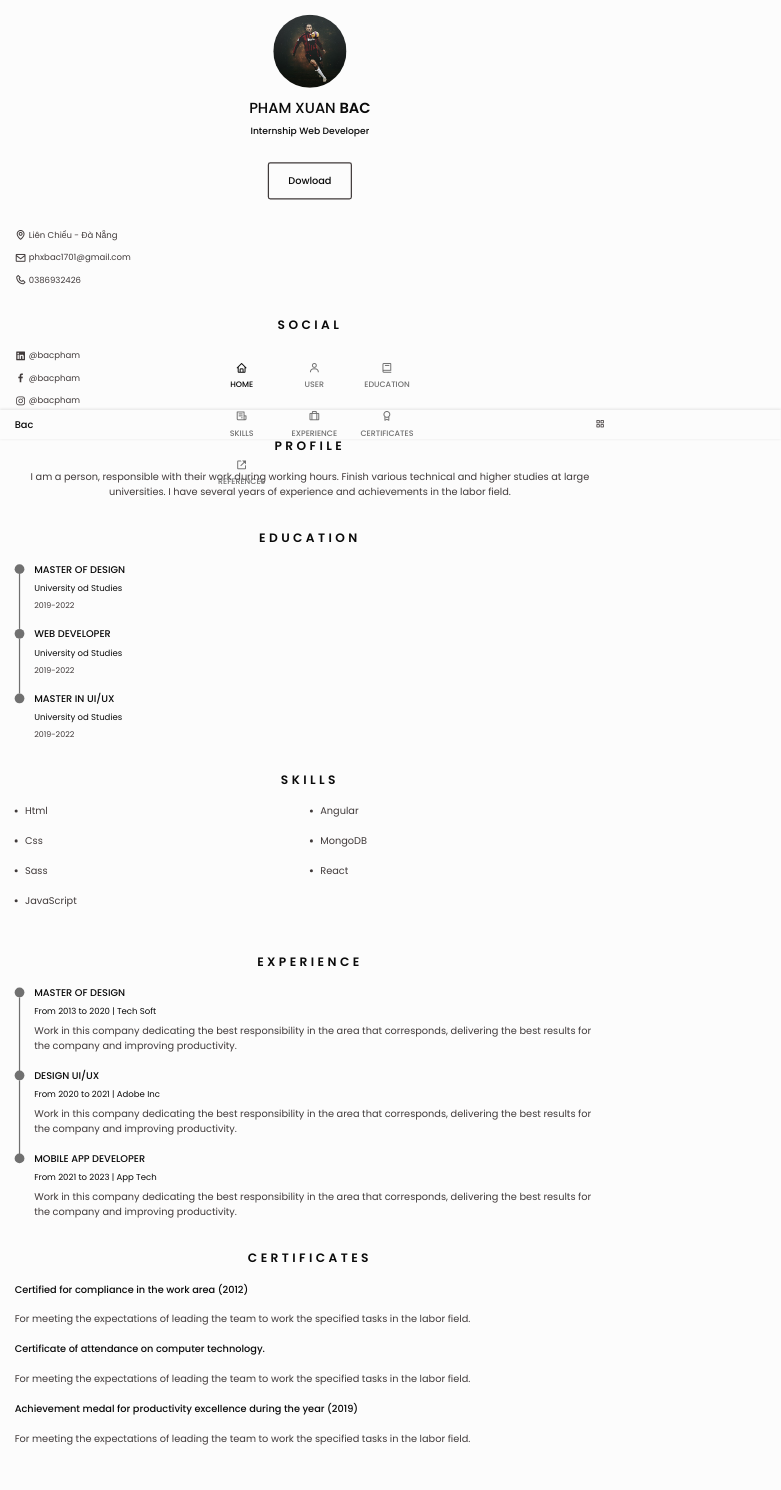
Repository: northpx/myCV
Page: index.html
The author's editor kept a copy of each file at every save. The page is drawn from the files as they stood at one save, then again after the next save.
The browser window is 1280 px wide. The pictures show the whole page, at 61% of full size.

Above is the page before, as saved 2023-02-23 12:53:27.

### index.html
<!DOCTYPE html>
<html lang="en">
<head>
    <meta charset="UTF-8">
    <meta http-equiv="X-UA-Compatible" content="IE=edge">
    <meta name="viewport" content="width=device-width, initial-scale=1.0">
    <link rel="stylesheet" href="./src/css/styles.css">
    <link rel="stylesheet" href="https://cdn.jsdelivr.net/npm/boxicons@latest/css/boxicons.min.css">
    <title>Pham Xuan Bac</title>
</head>
<body>
    <header class="l-header" id="header">
        <nav class="nav bd-container">
            <a href="#" class="nav__logo">Bac</a>
            <div class="nav__menu" id="nav-menu">
                <ul class="nav__list">
                    <li class="nav__item">
                        <a href="#home" class="nav__link active-link">
                            <i class='bx bx-home nav__icon' ></i>HOME
                        </a>
                    </li>
                    <li class="nav__item">
                        <a href="#profile" class="nav__link">
                            <i class='bx bx-user nav__icon' ></i>USER
                        </a>
                    </li>
                    <li class="nav__item">
                        <a href="#education" class="nav__link">
                            <i class='bx bx-book nav__icon' ></i>EDUCATION
                        </a>
                    </li>
                    <li class="nav__item">
                        <a href="#skills" class="nav__link">
                            <i class='bx bx-receipt nav__icon' ></i>SKILLS
                        </a>
                    </li>
                    <li class="nav__item">
                        <a href="#experience" class="nav__link">
                            <i class='bx bx-briefcase-alt nav__icon' ></i>EXPERIENCE
                        </a>
                    </li>
                    <li class="nav__item">
                        <a href="#certificates" class="nav__link">
                            <i class='bx bx-award nav__icon' ></i>CERTIFICATES
                        </a>
                    </li>

                    <li class="nav__item">
                        <a href="#references" class="nav__link">
                            <i class='bx bx-link-external nav__icon' ></i>REFERENCES
                        </a>
                    </li>
                </ul>
            </div>

            <div class="nav__toogle" id="nav-toggle">
                <i class="bx bx-grid-alt"></i>
            </div>
        </nav>
    </header>
    <main class="l-main bd-container">
        <div class="resume">
            <div class="resume__left">
                <section class="home" id="home">
                    <div class="home__container section bd-grid">
                        <div class="home__data bd-grid">
                            <img src="./src/img/z3668101589347_355da8c054c5f58beb49364ce3f9e5b5.jpg" alt="" class="home__img">
                            <h1 class="home__title">PHAM XUAN <b>BAC</b></h1>
                            <h3 class="home__profession">Internship Web Developer</h3>
                            <div>
                                <a download="" href="./src/pdf/resumecv.pdf" class="home__button-movil">Dowload</a>
                            </div>
                        </div>
                        <div class="home__address bd-grid">
                            <span class="home__information">
                                <i class="bx bx-map home__icon"></i> Liên Chiểu - Đà Nẵng
                            </span>
                            <span class="home__information">
                                <i class="bx bx-envelope home__icon"></i> phxbac1701@gmail.com
                            </span>
                            <span class="home__information">
                                <i class="bx bx-phone home__icon"></i> 0386932426
                            </span>
                        </div>
                    </div>
                </section>

                <section class="social section">
                    <h2 class="section-title">SOCIAL</h2>
                    <div class="social__container bd-grid">
                        <a href="https://www.linkedin.com/" target="_blank" class="social_link">
                            <i class="bx bxl-linkedin-square social__icon"></i> @bacpham
                        </a>
                        <a href="https://www.facebook.com/north.px.13/" target="_blank" class="social_link">
                            <i class="bx bxl-facebook social__icon"></i> @bacpham
                        </a>
                        <a href="https://www.instagram.com/_north.px_/" target="_blank" class="social_link">
                            <i class="bx bxl-instagram social__icon"></i> @bacpham
                        </a>
                    </div>
                </section>

                <section class="profile section" id="profile">
                    <h2 class="section-title">Profile</h2>
                    <p class="profile__description">
                        I am a person, responsible with their work during working hours. Finish various technical and higher studies at large universities. I have several years of experience and achievements in the labor field.
                    </p>
                </section>

                <section class="education section" id="education">
                    <h2 class="section-title">Education</h2>
                    <div class="education__container bd-grid">
                        <div class="education__content">
                            <div class="education__time">
                                <span class="education__rounder"></span>
                                <span class="education__line"></span>
                            </div>
                            <div class="education__data bd-grid">
                                <h3 class="education__title">MASTER OF DESIGN</h3>
                                <span class="education__studies">University od Studies</span>
                                <span class="education__year">2019-2022</span>
                            </div>
                        </div>

                        <div class="education__content">
                            <div class="education__time">
                                <span class="education__rounder"></span>
                                <span class="education__line"></span>
                            </div>
                            <div class="education__data bd-grid">
                                <h3 class="education__title">WEB DEVELOPER</h3>
                                <span class="education__studies">University od Studies</span>
                                <span class="education__year">2019-2022</span>
                            </div>
                        </div>

                        <div class="education__content">
                            <div class="education__time">
                                <span class="education__rounder"></span>
                                <!-- <span class="education__line"></span> -->
                            </div>
                            <div class="education__data bd-grid">
                                <h3 class="education__title">MASTER IN UI/UX</h3>
                                <span class="education__studies">University od Studies</span>
                                <span class="education__year">2019-2022</span>
                            </div>
                        </div>
                    </div>
                </section>

                <section class="skills section" id="skills">
                    <h2 class="section-title">Skills</h2>
                    <div class="skills__content bd-grid">
                        <ul class="skills__data">
                            <li class="skills__name">
                                <span class="skills__circle"></span> Html
                            </li>
                            <li class="skills__name">
                                <span class="skills__circle"></span> Css
                            </li>
                            <li class="skills__name">
                                <span class="skills__circle"></span> Sass
                            </li>
                            <li class="skills__name">
                                <span class="skills__circle"></span> JavaScript
                            </li>
                        </ul>

                        <ul class="skills__data">
                            <li class="skills__name">
                                <span class="skills__circle"></span> Angular
                            </li>
                            <li class="skills__name">
                                <span class="skills__circle"></span> MongoDB
                            </li>
                            <li class="skills__name">
                                <span class="skills__circle"></span> React
                            </li>
                        </ul>
                    </div>
                </section>
            </div>

            <div class="resume__right">
                <section class="experience section" id="experience">
                    <h2 class="section-title">Experience</h2>
                    <div class="experience__container bd-grid">
                        <div class="experience__content">
                            <div class="experience__time">
                                <span class="experience__rounder"></span>
                                <span class="experience__line"></span>
                            </div>
                            <div class="experience__data bd-grid">
                                <h3 class="experience__title">MASTER OF DESIGN</h3>
                                <span class="experience__company">From 2013 to 2020 | Tech Soft</span>
                                <p class="experience__description">Work in this company dedicating the best responsibility in the area that corresponds, delivering the best results for the company and improving productivity.</p>
                            </div>
                        </div>
                        <div class="experience__content">
                            <div class="experience__time">
                                <span class="experience__rounder"></span>
                                <span class="experience__line"></span>
                            </div>
                            <div class="experience__data bd-grid">
                                <h3 class="experience__title">DESIGN UI/UX</h3>
                                <span class="experience__company">From 2020 to 2021 | Adobe Inc</span>
                                <p class="experience__description">Work in this company dedicating the best responsibility in the area that corresponds, delivering the best results for the company and improving productivity.</p>
                            </div>
                        </div>
                        <div class="experience__content">
                            <div class="experience__time">
                                <span class="experience__rounder"></span>
                            </div>
                            <div class="experience__data bd-grid">
                                <h3 class="experience__title">MOBILE APP DEVELOPER</h3>
                                <span class="experience__company">From 2021 to 2023 | App Tech</span>
                                <p class="experience__description">Work in this company dedicating the best responsibility in the area that corresponds, delivering the best results for the company and improving productivity.</p>
                            </div>
                        </div>
                    </div>
                </section>

                <section class="certificate section" id="certificate">
                    <h2 class="section-title">Certificates</h2>
                    <div class="certificate__container bd-grid">
                        <div class="certificate__content">
                            <h3 class="certificate__title">Certified for compliance in the work area (2012)</h3>
                            <p class="certificate__description">For meeting the expectations of leading the team to work the specified tasks in the labor field.</p>
                        </div>

                        <div class="certificate__content">
                            <h3 class="certificate__title">Certificate of attendance on computer technology.</h3>
                            <p class="certificate__description">For meeting the expectations of leading the team to work the specified tasks in the labor field.</p>
                        </div>

                        <div class="certificate__content">
                            <h3 class="certificate__title">Achievement medal for productivity excellence during the year (2019)</h3>
                            <p class="certificate__description">For meeting the expectations of leading the team to work the specified tasks in the labor field.</p>
                        </div>
                    </div>
                </section>
            </div>
        </div>
    </main>
    <script src=""></script>
    <script src="./src/js/scripts.js"></script>
</body>
</html>

### src/css/styles.css
@import url('https://fonts.googleapis.com/css2?family=Poppins:ital,wght@0,400;0,500;0,600;1,400;1,500;1,600&family=Roboto:ital,wght@0,100;0,300;0,400;0,500;0,700;0,900;1,100;1,300;1,400;1,500;1,700;1,900&display=swap');

:root{
    --header-height:3rem;
    --title-color:#0a0a0a;
    --text-color:#403a3a;
    --text-color-light:#707070;
    --container-color:#fafafa;
    --container-color-alt:#f0efef;
    --body-color:#fcfcfc;

    --body-font:'Poppins', sans-serif;
    --h1-font-size:1.5rem;
    --h2-font-size:1.25rem;
    --h3-font-size:1rem;
    --normal-font-size:.938rem;
    --small-font-size:.875rem;
    --smaller-font-size:.813rem;

    --font-medium:500;
    --font-semi-bold:600;

    --mb-1:.5rem;
    --mb-2:1rem;
    --mb-3:1.5rem;

    --z-tooltip:10;
    --z-fixed:100;
}

*, ::before, ::after{
    box-sizing: border-boxz;
}

html{
    scroll-behavior: smooth;
}

body{
    margin: 0 0 var(--header-height) 0;
    padding: 0;
    font-family: var(--body-font);
    background-color: var(--body-color);
    color: var(--text-color);
}

h1,h2,h3,ul,p{
    margin: 0;
}

h1,h2,h3{
    color: var(--title-color);
    font-weight: var(--font-medium);
}
ul{
    padding: 0;
    list-style: none;
}

a{
    text-decoration: none;
}
img{
    max-width: 100%;
    height: auto;
}

.section{
    padding: 1.5rem 0;
}

.section-title{
    font-size: var(--h2-font-size);
    color: var(--title-color);
    font-weight: var(--font-semi-bold);
    text-transform: uppercase;
    letter-spacing: .35rem;
    text-align: center;
    margin-bottom: var(--mb-3);
}

.bd-container{
    max-width: 968px;
    width: calc(100% - 3rem);
    margin-left: var(--mb-3);
    margin-right: var(--mb-3);
}

.bd-grid{
    display: grid;
    gap: 1.5rem;
}

.l-header{
    width: 100%;
    position: fixed;
    bottom: 0;
    left: 0;
    z-index: var(--z-fixed);
    background-color: var(--body-color);
    box-shadow: 0 -1px 4px rgba(0, 0, 0, .1);
    transition: .3s;
}

.nav{
    height: var(--header-height);
    display: flex;
    justify-content: space-between;
    align-items: center;
}

@media screen and (max-width: 968px){
    .nav__menu{
        position: fixed;
        bottom: -100%;
        left: 0;
        width: 100%;
        padding: 2rem 0;
        background-color: var(--body-color);
        box-shadow: 0 1px 4px rgba(0, 0, 0, .1);
        border-radius: 1rem 1rem 0 0;
        z-index: var(--z-fixed);
        transition: .3s;
    }
}

.nav__logo,
.nav__toggle{
    color: var(--title-color);
    font-weight: var(--font-medium);
}

.nav__toggle{
    font-size: 1.2rem;
    cursor: pointer;
}

.nav__item{
    text-align: center;
}

.nav__list{
    display: grid;
    grid-template-columns: repeat(3, 1fr);
    gap: 2rem;
}

.nav__link{
    display: flex;
    flex-direction: column;
    font-size: var(--smaller-font-size);
    color: var(--text-color-light);
    font-weight: var(--font-medium);
}

.nav__link:hover{
    color: var(--title-color);
}

.nav__icon{
    font-size: 1.2rem;
    margin-bottom: var(--mb-1);
}

.show-menu{
    bottom: var(--header-height);
}

.active-link{
    color: var(--title-color);
}

.home{
    position: relative;

}

.home__container{
    gap: 3rem;
}

.home__data{
    gap: .5rem;
    text-align: center;
}

.home__img{
    width: 120px;
    height: 120px;
    border-radius: 50%;
    justify-self: center;
    margin-bottom: var(--mb-1);
}

.home__title{
    font-size: var(--h1-font-size);
}

.home__profession{
    font-size: var(--normal-font-size);
    margin-bottom: var(--mb-1);
}

.home__address{
    gap: 1rem;
}

.home__information{
    display: flex;
    align-items: center;
    font-size: var(--small-font-size);
}
.home__icon{
    font-size: 1.2rem;
    margin-right: .25rem;
}
.home__button-movil{
    display: inline-block;
    border: 2px solid var(--text-color);
    color: var(--title-color);
    padding: 1rem 2rem;
    border-radius: .25rem;
    transition: .3s;
    font-weight: var(--font-medium);
    margin-top: var(--mb-3);
}

.home__button-movil:hover{
    background-color: var(--text-color);
    color: var(--container-color);
}

.social__container{
    grid-template-columns: max-content;
    gap: 1rem;
}

.social_link{
    display: inline-flex;
    align-items: center;
    font-size: var(--small-font-size);
    color: var(--text-color);
}
.social_link:hover{
    color:  var(--title-color);
}
.social__icon{
    font-size: 1.2rem;
    margin-right: .25rem;
}

.profile__description{
    text-align: center;
}

.education__content,
.experience__content{
    display: flex;
}

.education__time,
.experience__time{
    padding-right: 1rem;
}

.education__rounder,
.experience__rounder{
    position: relative;
    display: block;
    width: 16px;
    height: 16px;
    background-color: var(--text-color-light);
    border-radius: 50%;
    margin-top: .25rem;
}

.education__line,
.experience__line{
    display: block;
    width: 2px;
    height: 110%;
    background-color: var(--text-color-light);
    transform: translate(7px, 0);
}

.education__data,
.experience__data{
    gap: .5rem;
}

.education__title,
.experience__title{
    font-size: var(--h3-font-size);
}
.education__studies,
.experience__company{
    font-size: var(--small-font-size);
    color: var(--title-color);
}
.education__year{
    font-size: var(--smaller-font-size);
}

.skills__content{
    grid-template-columns: repeat(2, 1fr);
    gap: 0;
}
.skills__name{
    display: flex;
    align-items: center;
    margin-bottom: var(--mb-3);
}
.skills__circle{
    display: inline-block;
    width: 5px;
    height: 5px;
    border-radius: 50%;
    background-color: var(--text-color);
    margin-right: .75rem;
}

.certificate__title{
    font-size: var(--h3-font-size);
    margin-bottom: var(--mb-3);
}

### src/js/scripts.js
const showMenu = (toggleId, navId) =>{
    const toggle = document.getElementById(toggleId),
    nav = document.getElementById(navId)

    // Validate that variables exist
    if(toggle && nav){
        toggle.addEventListener('click', ()=>{
            // We add the show-menu class to the div tag with the nav__menu class
            nav.classList.toggle('show-menu')
        })
    }
}
showMenu('nav-toggle','nav-menu')

const navLink = document.querySelectorAll('.nav__link')

function linkAction(){
    const navMenu = document.getElementById('nav-menu')
    // When we click on each nav__link, we remove the show-menu class
    navMenu.classList.remove('show-menu')
}
navLink.forEach(n => n.addEventListener('click', linkAction))

const sections = document.querySelectorAll('section[id]')

function scrollActive(){
    const scrollY = window.pageYOffset

    sections.forEach(current =>{
        const sectionHeight = current.offsetHeight
        const sectionTop = current.offsetTop - 50;
        sectionId = current.getAttribute('id')

        if(scrollY > sectionTop && scrollY <= sectionTop + sectionHeight){
            document.querySelector('.nav__menu a[href*=' + sectionId + ']').classList.add('active-link')
        }else{
            document.querySelector('.nav__menu a[href*=' + sectionId + ']').classList.remove('active-link')
        }
    })
}
window.addEventListener('scroll', scrollActive)

After the next save:
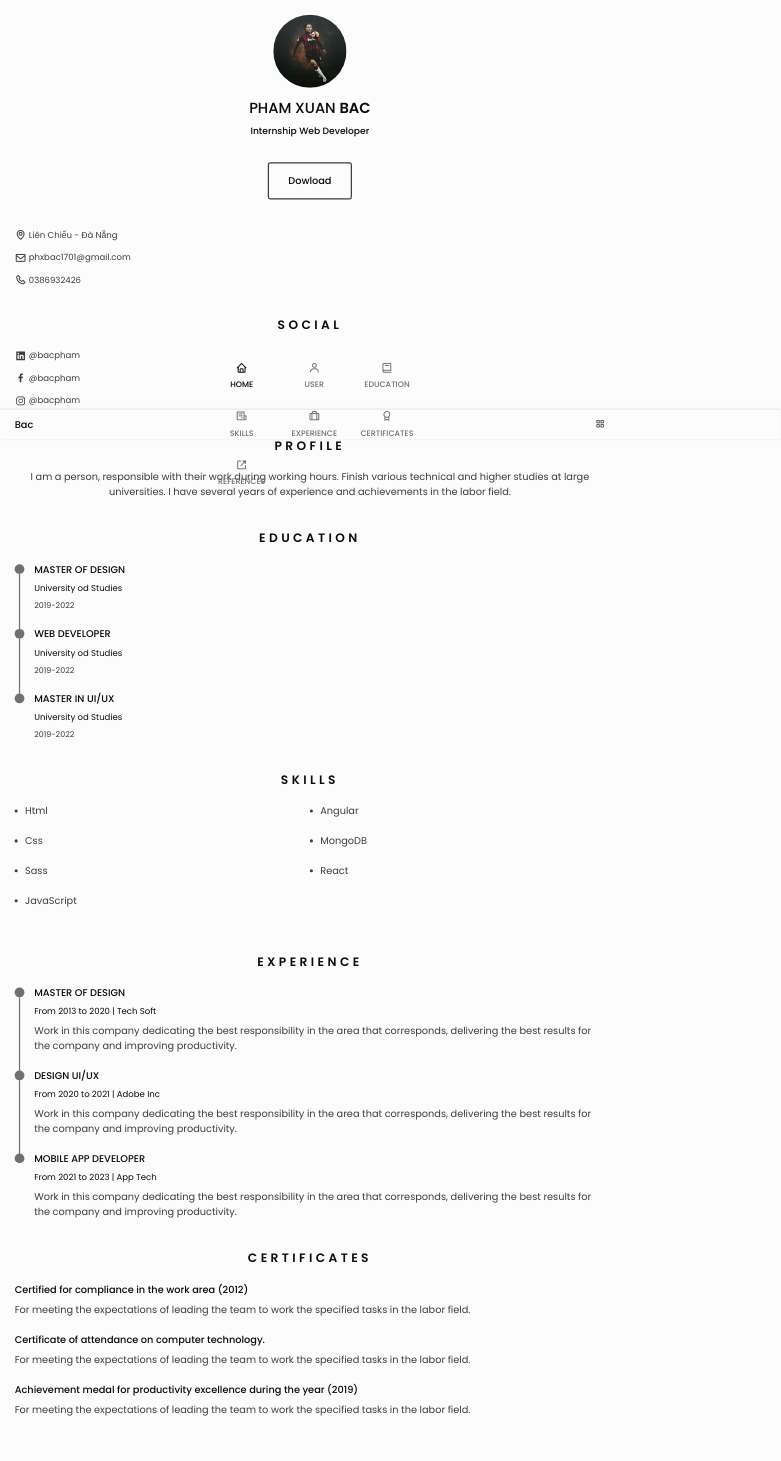
Saved 14 s later.
--- a/src/css/styles.css
+++ b/src/css/styles.css
@@ -321,5 +321,5 @@ img{
 
 .certificate__title{
     font-size: var(--h3-font-size);
-    margin-bottom: var(--mb-3);
-}
+    margin-bottom: var(--mb-1);
+}
